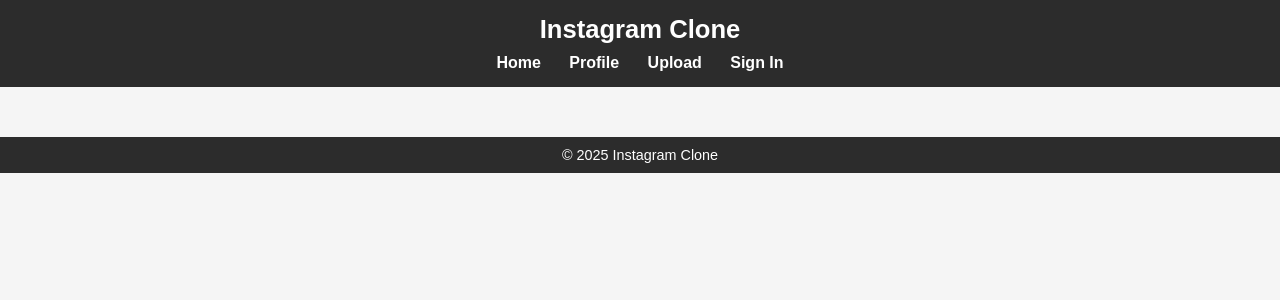
Repository: burhannaseer/CloudClips
Page: index.html
An editor plug-in stored every save of this project. The page is shown before and after the next save, followed by the edit.
The browser window is 1280 px wide. The pictures show the whole page.

Above is the page before, as saved 2025-05-08 01:46:06.

### index.html
<!DOCTYPE html>
<html lang="en">
<head>
  <meta charset="UTF-8">
  <meta name="viewport" content="width=device-width, initial-scale=1.0">
  <title>Instagram Clone - Home</title>
  <link rel="stylesheet" href="styles.css">
</head>
<body>
  <header>
    <div class="container">
      <h1>Instagram Clone</h1>
      <nav>
        <a href="index.html">Home</a>
        <a href="profile.html">Profile</a>
        <a href="upload.html">Upload</a>
        <a href="signin.html">Sign In</a>
      </nav>
    </div>
  </header>

  <main class="container">
    <div id="feed" class="feed"></div>
  </main>

  <footer>
    <div class="container">&copy; 2025 Instagram Clone</div>
  </footer>

  <script src="script.js"></script>
</body>
</html>

### styles.css
/* Clean Classic Instagram Clone Theme */

body {
  font-family: Arial, sans-serif;
  background-color: #f5f5f5;
  color: #333;
  margin: 0;
  padding: 0;
}

.container {
  width: 90%;
  max-width: 800px;
  margin: 0 auto;
}

header {
  background-color: #2c2c2c;
  color: white;
  padding: 15px 0;
  text-align: center;
}

header h1 {
  margin: 0;
  font-size: 1.6em;
}

header nav {
  margin-top: 10px;
}

header nav a {
  color: white;
  text-decoration: none;
  margin: 0 12px;
  font-weight: bold;
}

header nav a:hover {
  text-decoration: underline;
}

main {
  margin-top: 30px;
}

form {
  background-color: white;
  padding: 20px;
  border-radius: 8px;
  margin-bottom: 30px;
  box-shadow: 0 0 5px rgba(0, 0, 0, 0.1);
}

input, textarea {
  width: 100%;
  margin-bottom: 15px;
  padding: 10px;
  font-size: 1rem;
  border: 1px solid #ccc;
  border-radius: 4px;
}

input[type="file"] {
  padding: 6px;
}

button {
  padding: 10px 15px;
  background-color: #333;
  color: white;
  border: none;
  border-radius: 4px;
  font-weight: bold;
  cursor: pointer;
}

button:hover {
  background-color: #555;
}

.feed {
  display: flex;
  flex-direction: column;
  gap: 20px;
}

.post {
  background-color: white;
  border-radius: 10px;
  padding: 15px;
  box-shadow: 0 0 10px rgba(0,0,0,0.05);
}

.post h3 {
  margin-bottom: 10px;
  font-size: 1.2rem;
}

.post img,
.post video {
  width: 100%;
  border-radius: 6px;
  margin-bottom: 10px;
}

.post p {
  margin: 0 0 10px;
}

.actions {
  display: flex;
  justify-content: start;
  gap: 15px;
  font-size: 1.2rem;
}

.actions span {
  cursor: pointer;
}

.actions span:hover {
  opacity: 0.7;
}

footer {
  background-color: #2c2c2c;
  color: white;
  text-align: center;
  padding: 10px 0;
  margin-top: 50px;
  font-size: 0.9em;
}

/* Responsive */
@media (max-width: 600px) {
  header nav {
    display: flex;
    flex-direction: column;
    gap: 8px;
  }
}

### script.js
// Handle Sign Up
const signupForm = document.getElementById('signupForm');
if (signupForm) {
  signupForm.addEventListener('submit', function (e) {
    e.preventDefault();

    const firstName = document.getElementById('firstName').value.trim();
    const lastName = document.getElementById('lastName').value.trim();
    const email = document.getElementById('email').value.trim();
    const phone = document.getElementById('phone').value.trim();
    const password = document.getElementById('password').value;
    const confirmPassword = document.getElementById('confirmPassword').value;

    if (!firstName || !lastName || !email || !phone || !password || !confirmPassword) {
      alert('Please fill in all fields.');
      return;
    }

    if (password !== confirmPassword) {
      alert('Passwords do not match.');
      return;
    }

    const user = { firstName, lastName, email, phone, password };
    localStorage.setItem('user', JSON.stringify(user));

    alert('Account created successfully!');
    window.location.href = 'signin.html';
  });
}

// Handle Sign In
const signinForm = document.getElementById('signinForm');
if (signinForm) {
  signinForm.addEventListener('submit', function (e) {
    e.preventDefault();

    const email = document.getElementById('emailSignIn').value.trim();
    const password = document.getElementById('passwordSignIn').value;

    const user = JSON.parse(localStorage.getItem('user'));
    if (!user) {
      alert('No account found. Please sign up first.');
      return;
    }

    if (user.email === email && user.password === password) {
      alert('Sign In successful!');
      window.location.href = 'index.html';
    } else {
      alert('Incorrect email or password. Please try again.');
    }
  });
}

// Handle Post Upload
const uploadForm = document.getElementById('uploadForm');
if (uploadForm) {
  uploadForm.addEventListener('submit', function (e) {
    e.preventDefault();

    const title = document.getElementById('titleInput').value.trim();
    const description = document.getElementById('descriptionInput').value.trim();
    const fileInput = document.getElementById('mediaInput');
    const file = fileInput.files[0];

    if (!file) {
      alert('Please select a file.');
      return;
    }

    if (file.size > 2 * 1024 * 1024) {
      alert('File too large! Please upload a file under 2MB.');
      return;
    }

    const reader = new FileReader();

    reader.onload = function () {
      const post = {
        title,
        description,
        media: reader.result,
        type: file.type,
        likes: 0
      };

      const posts = JSON.parse(localStorage.getItem('posts')) || [];
      posts.unshift(post);
      try {
        localStorage.setItem('posts', JSON.stringify(posts));
        alert('Post uploaded!');
        window.location.href = 'index.html';
      } catch (e) {
        alert('Failed to upload. Storage limit exceeded.');
      }
    };

    reader.readAsDataURL(file);
  });
}

// Render Posts
function renderPosts(containerId) {
  const container = document.getElementById(containerId);
  if (!container) return;

  const posts = JSON.parse(localStorage.getItem('posts')) || [];
  posts.forEach((post, index) => {
    const div = document.createElement('div');
    div.className = 'post';

    const mediaTag = post.type.startsWith('video') ?
      `<video controls width="100%"><source src="${post.media}" type="${post.type}"></video>` :
      `<img src="${post.media}" alt="Post image">`;

    div.innerHTML = `
      <h3>${post.title || 'Untitled'}</h3>
      ${mediaTag}
      <p>${post.description}</p>
      <div class="actions">
        <span onclick="likePost(${index})">❤️ ${post.likes}</span>
        <span title="Share">🔗</span>
        <span title="Save">💾</span>
      </div>
    `;
    container.appendChild(div);
  });
}

// Handle Likes
function likePost(index) {
  const posts = JSON.parse(localStorage.getItem('posts')) || [];
  posts[index].likes++;
  localStorage.setItem('posts', JSON.stringify(posts));
  location.reload();
}

renderPosts('feed');

After the next save:
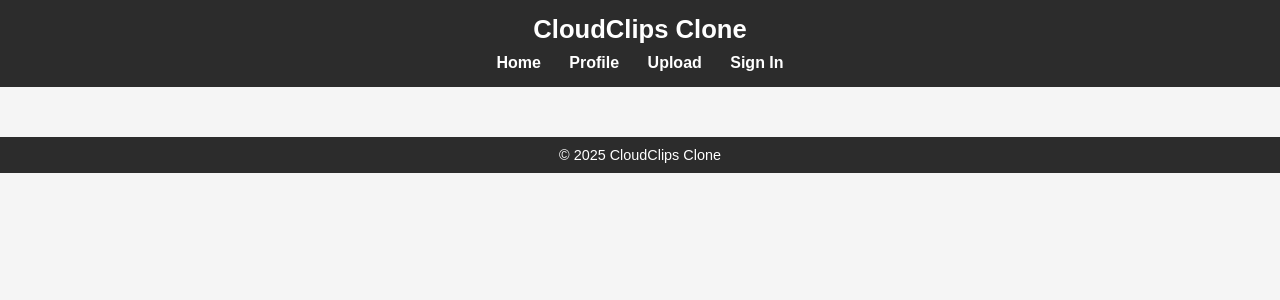
Saved 18 s later.
--- a/index.html
+++ b/index.html
@@ -3,15 +3,15 @@
 <head>
   <meta charset="UTF-8">
   <meta name="viewport" content="width=device-width, initial-scale=1.0">
-  <title>Instagram Clone - Home</title>
+  <title>CloudClips Clone - Home</title>
   <link rel="stylesheet" href="styles.css">
 </head>
 <body>
   <header>
     <div class="container">
-      <h1>Instagram Clone</h1>
+      <h1>CloudClips Clone</h1>
       <nav>
-        <a href="index.html">Home</a>
+        <a href="new.html">Home</a>
         <a href="profile.html">Profile</a>
         <a href="upload.html">Upload</a>
         <a href="signin.html">Sign In</a>
@@ -24,7 +24,7 @@
   </main>
 
   <footer>
-    <div class="container">&copy; 2025 Instagram Clone</div>
+    <div class="container">&copy; 2025 CloudClips Clone</div>
   </footer>
 
   <script src="script.js"></script>
